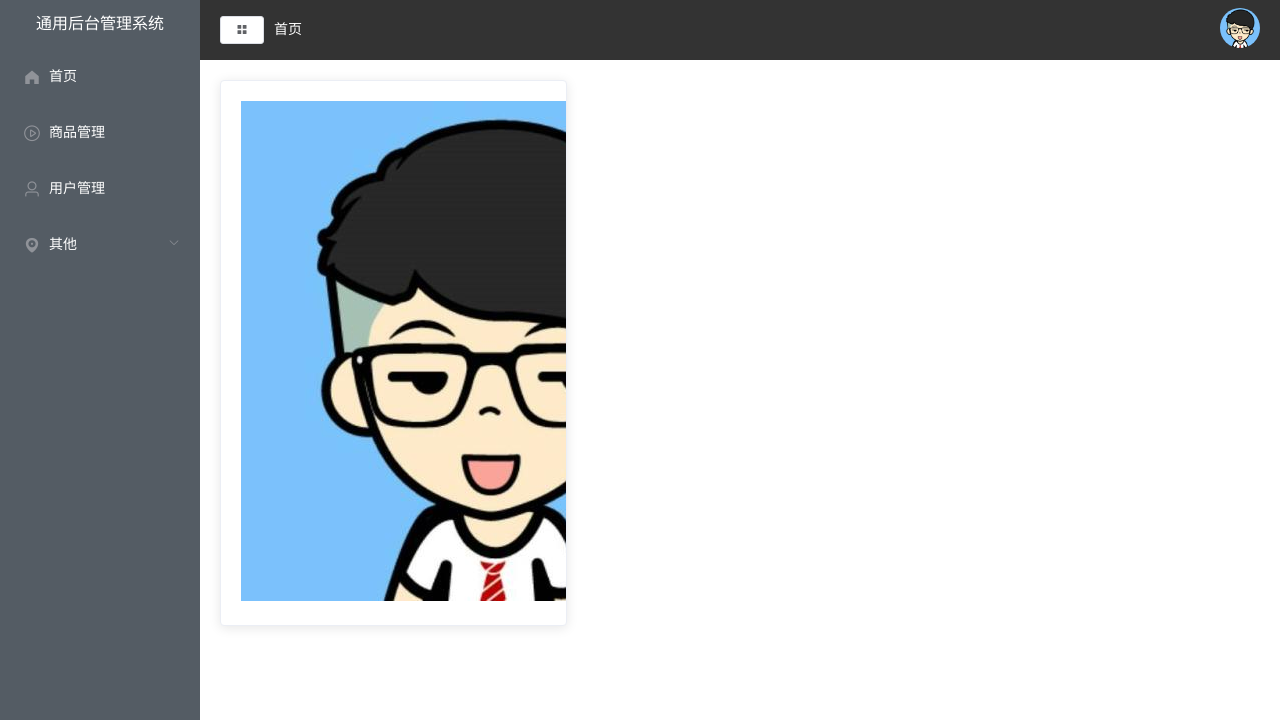
Repository: Francis200214/my-app
Page: /
The author's editor kept a copy of each file at every save. The page is drawn from the files as they stood at one save, then again after a run of saves.
The browser window is 1280 px wide. The pictures show the whole page.
The project was rebuilt for these pictures with package versions that can differ from the ones it lists, and the page was loaded fresh each time. Also part of the build but not shown: vue.config.js, src/views/User.vue, src/views/Mall.vue, src/views/other/PageOne.vue, src/views/other/PageTwo.vue.

Above is the page before, as saved 2023-05-21 15:30:23.

After the next 3 saves:
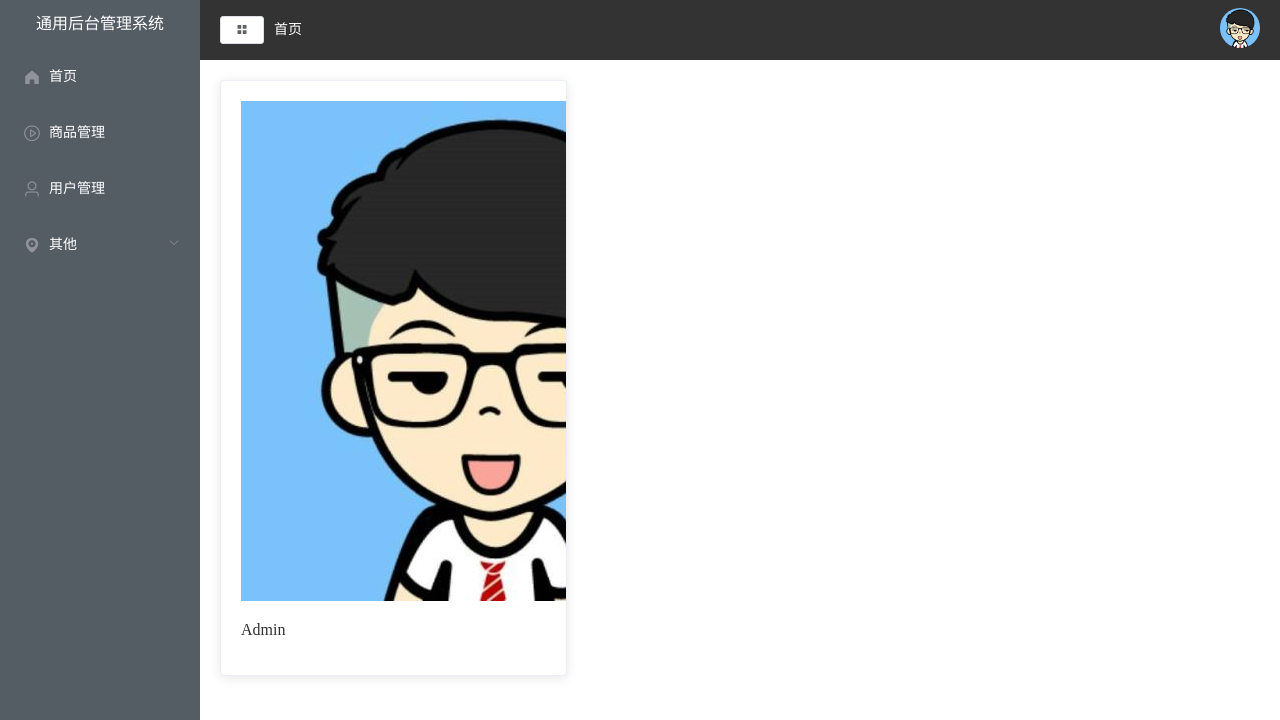
The 3 saves are shown as one change because they came seconds apart.
The last was saved 10 s later.
--- a/src/views/Home.vue
+++ b/src/views/Home.vue
@@ -5,6 +5,7 @@
                 <div class="user">
                     <img src="../assets/images/user.png" alt="">
                     <div class="userinfo">
+                        <p>Admin</p>
 
                     </div>
                 </div>
